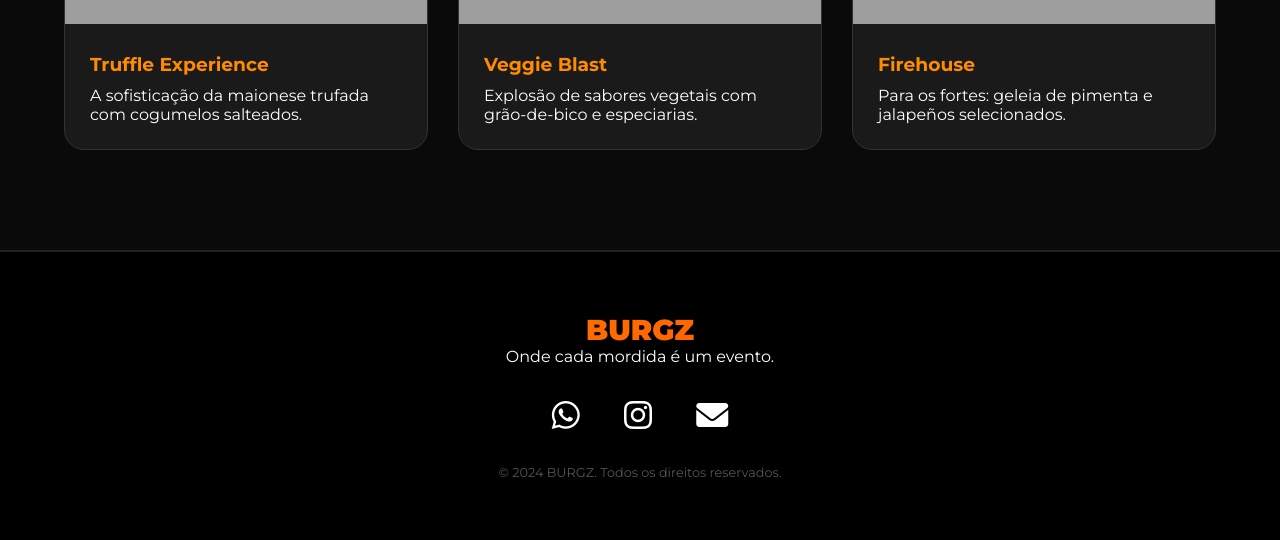
Repository: Sandro1969-tech/Burgz
Page: index.html
An editor plug-in stored every save of this project. The page is shown before and after the next save, followed by the edit.
The browser window is 1280 px wide. The pictures show the part of the page from y = 1454 to 2406 px (the page is 1994 px tall before and 2488 px after).
Pictures or frames that could not be fetched are drawn as grey boxes.

Above is the page before, as saved 2026-02-05 12:34:59.

After the next save:
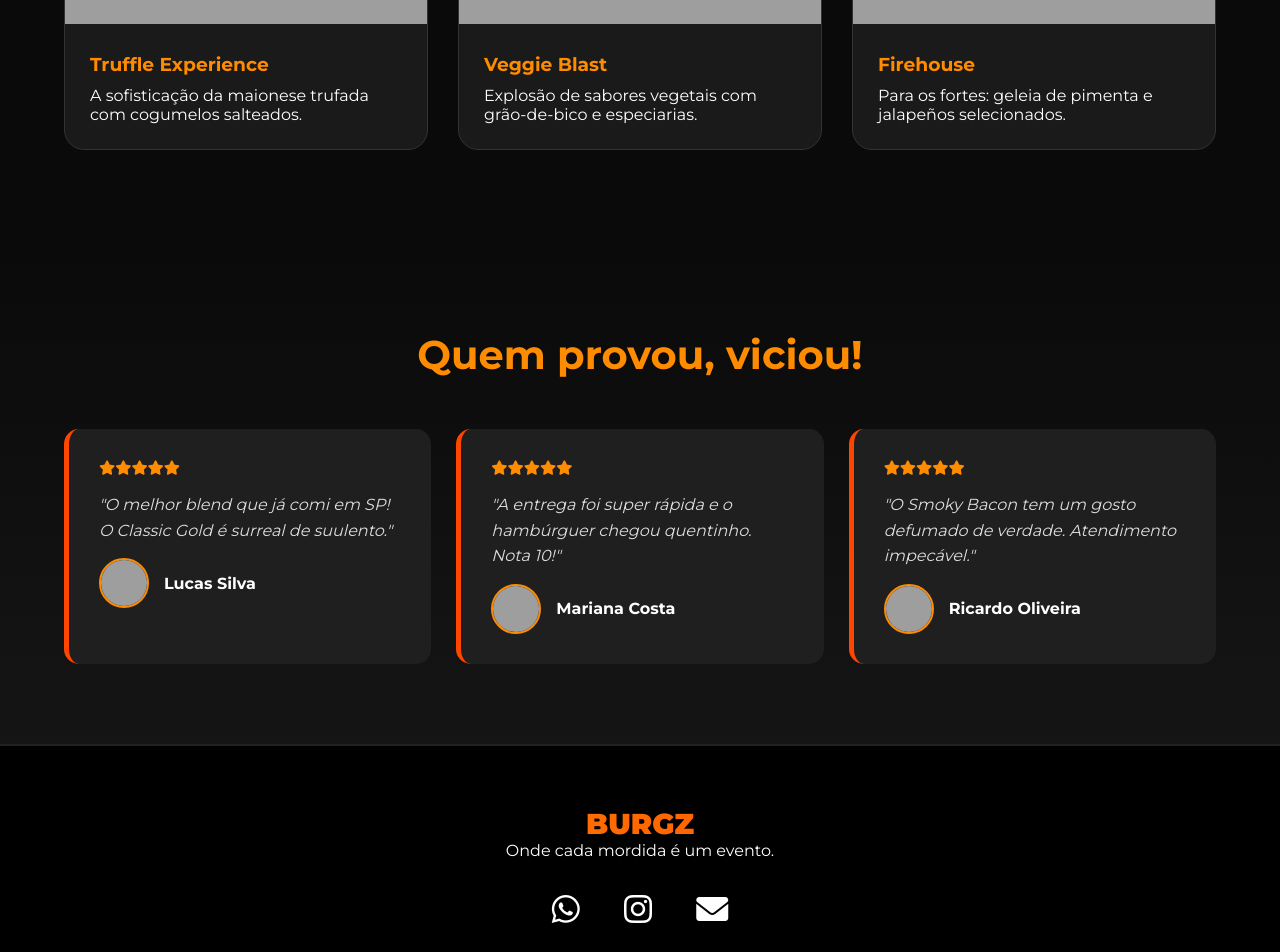
Saved 4 min 30 s later.
--- a/index.html
+++ b/index.html
@@ -197,7 +197,107 @@
         <div class="grid-burgers" id="burger-grid">
             </div>
     </section>
-
+<section class="testimonials" id="depoimentos">
+        <h2 style="text-align: center; margin-bottom: 50px; font-size: 2.5rem; color: #ff8c00;">Quem provou, viciou!</h2>
+
+        <div class="testimonials-grid" id="testimonials-grid">
+            </div>
+    </section>
+
+    <style>
+        .testimonials {
+            padding: 80px 5%;
+            background: linear-gradient(180deg, #0a0a0a 0%, #151515 100%);
+        }
+
+        .testimonials-grid {
+            display: grid;
+            grid-template-columns: repeat(auto-fit, minmax(280px, 1fr));
+            gap: 25px;
+        }
+
+        .testimonial-card {
+            background: #1f1f1f;
+            padding: 30px;
+            border-radius: 15px;
+            border-left: 5px solid #ff4500;
+            transition: var(--transition);
+        }
+
+        .testimonial-card:hover {
+            transform: scale(1.05);
+            background: #252525;
+        }
+
+        .stars {
+            color: #ff8c00;
+            margin-bottom: 15px;
+            font-size: 0.9rem;
+        }
+
+        .testimonial-card p {
+            font-style: italic;
+            color: #ddd;
+            line-height: 1.6;
+            margin-bottom: 15px;
+        }
+
+        .user-info {
+            display: flex;
+            align-items: center;
+            gap: 15px;
+        }
+
+        .user-info img {
+            width: 50px;
+            height: 50px;
+            border-radius: 50%;
+            border: 2px solid #ff8c00;
+        }
+
+        .user-name {
+            font-weight: bold;
+            color: white;
+        }
+    </style>
+
+    <script>
+        // Adicione este bloco dentro da sua tag <script> existente
+        const testimonials = [
+            {
+                name: "Lucas Silva",
+                text: "O melhor blend que já comi em SP! O Classic Gold é surreal de suulento.",
+                img: "https://i.pravatar.cc/150?u=lucas"
+            },
+            {
+                name: "Mariana Costa",
+                text: "A entrega foi super rápida e o hambúrguer chegou quentinho. Nota 10!",
+                img: "https://i.pravatar.cc/150?u=mari"
+            },
+            {
+                name: "Ricardo Oliveira",
+                text: "O Smoky Bacon tem um gosto defumado de verdade. Atendimento impecável.",
+                img: "https://i.pravatar.cc/150?u=rick"
+            }
+        ];
+
+        const tGrid = document.getElementById('testimonials-grid');
+
+        testimonials.forEach(t => {
+            tGrid.innerHTML += `
+                <div class="testimonial-card">
+                    <div class="stars">
+                        <i class="fas fa-star"></i><i class="fas fa-star"></i><i class="fas fa-star"></i><i class="fas fa-star"></i><i class="fas fa-star"></i>
+                    </div>
+                    <p>"${t.text}"</p>
+                    <div class="user-info">
+                        <img src="${t.img}" alt="${t.name}">
+                        <span class="user-name">${t.name}</span>
+                    </div>
+                </div>
+            `;
+        });
+    </script>
     <footer id="contato">
         <div class="logo">BURGZ</div>
         <p>Onde cada mordida é um evento.</p>
